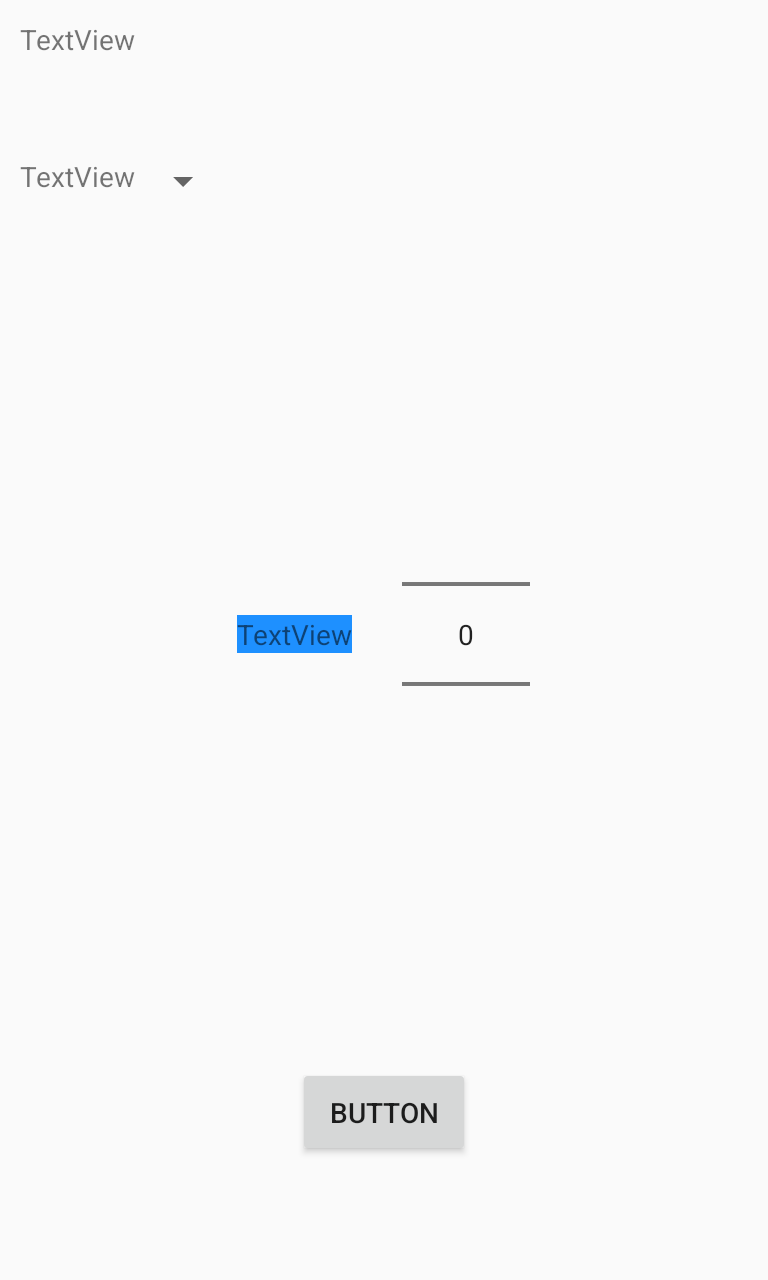
Repository: mimimy/MassagePro
Layout: BLE-Version/MassageTool/res/layout/base_pager.xml
An editor plug-in stored every save of this project. The layout is shown before and after the next save, followed by the edit.
It is drawn on a 768 x 1280 px phone screen (xhdpi) without system bars, with theme AppTheme; the app's code is not run.

Above is the layout before, as saved 2018-07-29 00:50:51.

After the next save:
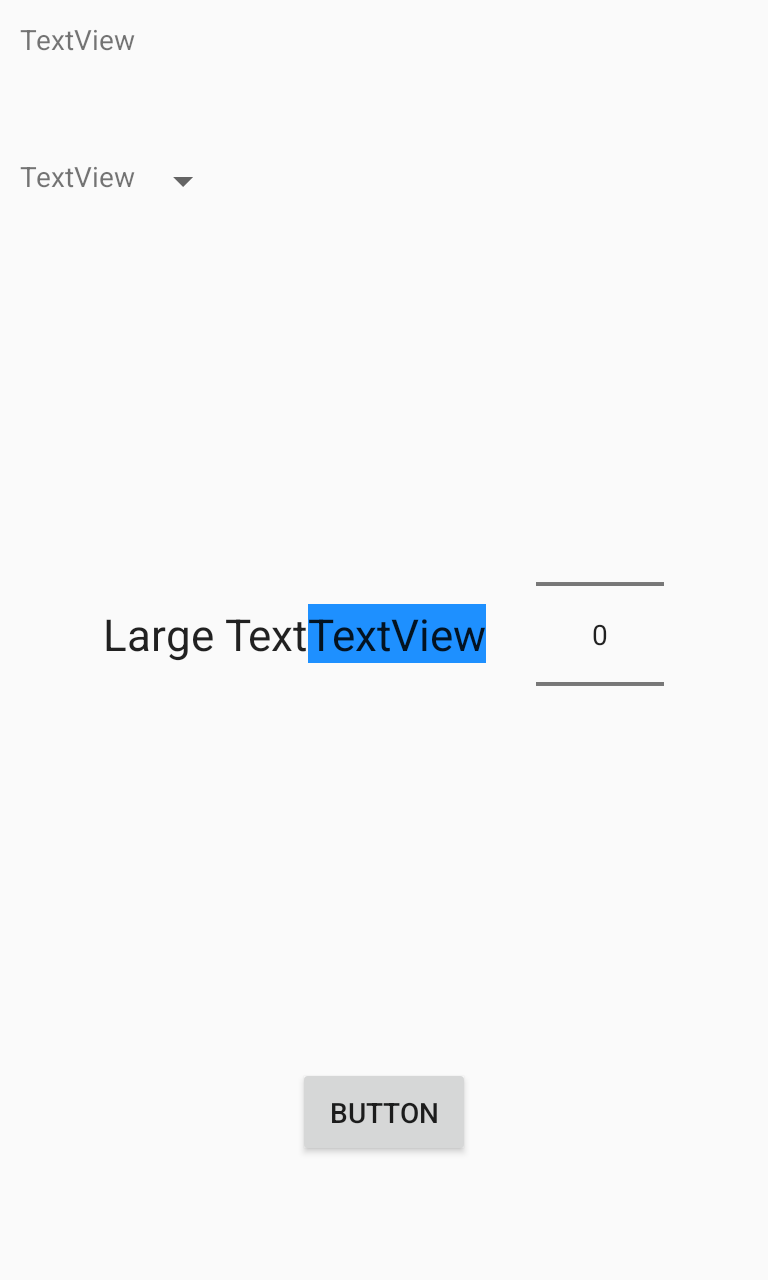
Saved 20 s later.
--- a/BLE-Version/MassageTool/res/layout/base_pager.xml
+++ b/BLE-Version/MassageTool/res/layout/base_pager.xml
@@ -37,10 +37,18 @@
         android:layout_weight="3">
 
         <TextView
+            android:id="@+id/textView4"
+            android:layout_width="wrap_content"
+            android:layout_height="wrap_content"
+            android:text="Large Text"
+            android:textAppearance="?android:attr/textAppearanceLarge" />
+
+        <TextView
             android:id="@+id/textView3"
             android:background="#1E90FF"
             android:layout_width="wrap_content"
             android:layout_height="wrap_content"
+            android:textAppearance="?android:attr/textAppearanceLarge"
             android:text="TextView" />
 
         <NumberPicker
